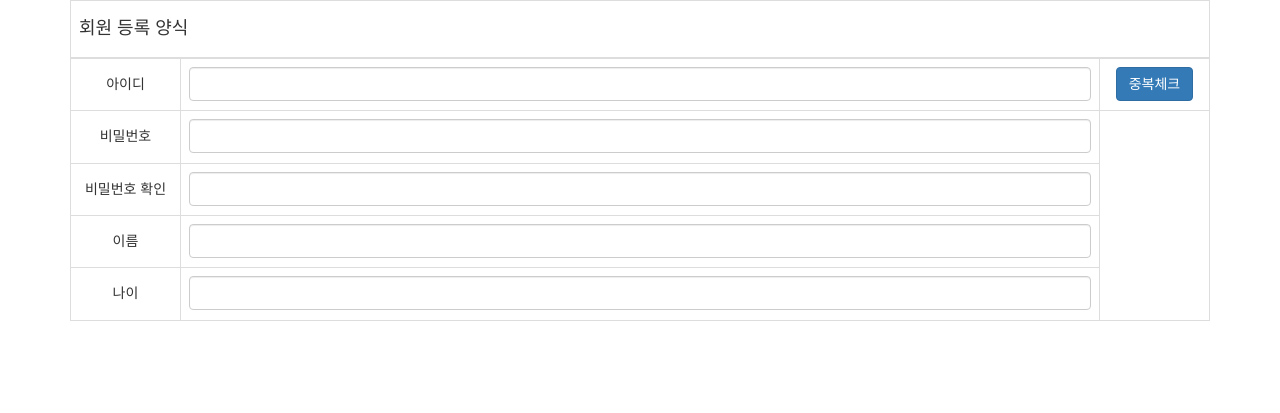
Repository: LJzero-dev/java-study
Page: http://localhost/test/
These files come from the project's save history. The page is drawn as it stood at one moment and after the next save; the edit follows.
The browser window is 1280 px wide. The pictures show the whole page.
The page is served by Tomcat 9. Other server files are loaded and not shown.

Above is the page before, as saved 2023-06-07 11:14:42.

### web/test/WebContent/index.jsp
<%@ page language="java" contentType="text/html; charset=UTF-8" pageEncoding="UTF-8"%>
<!DOCTYPE html PUBLIC "-//W3C//DTD HTML 4.01 Transitional//EN" "http://www.w3.org/TR/html4/loose.dtd">
<html>
<head>
	<meta http-equiv="Content-Type" content="text/html; charset=UTF-8">
	<meta name="viewport" content="width=device-width, initial-scale=1">
	<link rel="stylesheet" href="css/bootstrap.css">
	<link rel="stylesheet" href="css/custom.css">
<title>Insert title here</title>
<script src="https://code.jquery.com/jquery-3.7.0.min.js" integrity="sha256-2Pmvv0kuTBOenSvLm6bvfBSSHrUJ+3A7x6P5Ebd07/g=" crossorigin="anonymous"></script>
<script src="js/bootstrap.js"></script>
</head>
<body>
	<div class="container">
		<form method="post" action="./userRegister">
			<table class = "table table-bordered table-hover" style="text-align:center; border:1px solid #dddddd">
				<thead>
					<tr>
						<th colspan="3"><h4>회원 등록 양식</h4></th>
					</tr>
				</thead>
				<tbody>
					<tr>
						<td style="width: 110px;"><h5>아이디</h5></td>
						<td><input class="form-control" type="text" id="userID" name="userID" maxlength="20"></td>
						<td style="width: 110px;" ><button class="btn btn-primary" onclick="registerCheckFunction();" type="button">중복체크</button></td>
					</tr>
					<tr>
						<td style="width: 110px;"><h5>비밀번호</h5></td>
						<td><input class="form-control" type="password" id="userPassword1" name="userPassWord1" maxlength="20" ></td>
					</tr>
					<tr>
						<td style="width: 110px;"><h5>비밀번호 확인</h5></td>
						<td><input class="form-control" type="password" id="userPassword2" name="userPassWord2" maxlength="20" ></td>
					</tr>
					<tr>
						<td style="width: 110px;"><h5>이름</h5></td>
						<td><input class="form-control" type="text" id="userName" name="userName" maxlength="20"></td>
					</tr>
					<tr>
						<td style="width: 110px;"><h5>나이</h5></td>
						<td><input class="form-control" type="text" id="userAge" name="userAge" maxlength="20"></td>
					</tr>
				</tbody>
			</table>
		</form>
	</div>
</body>
</html>

Loaded but not shown: web/test/WebContent/css/bootstrap.css (library); web/test/WebContent/css/custom.css (common file); web/test/WebContent/js/bootstrap.js (library)

After the next save:
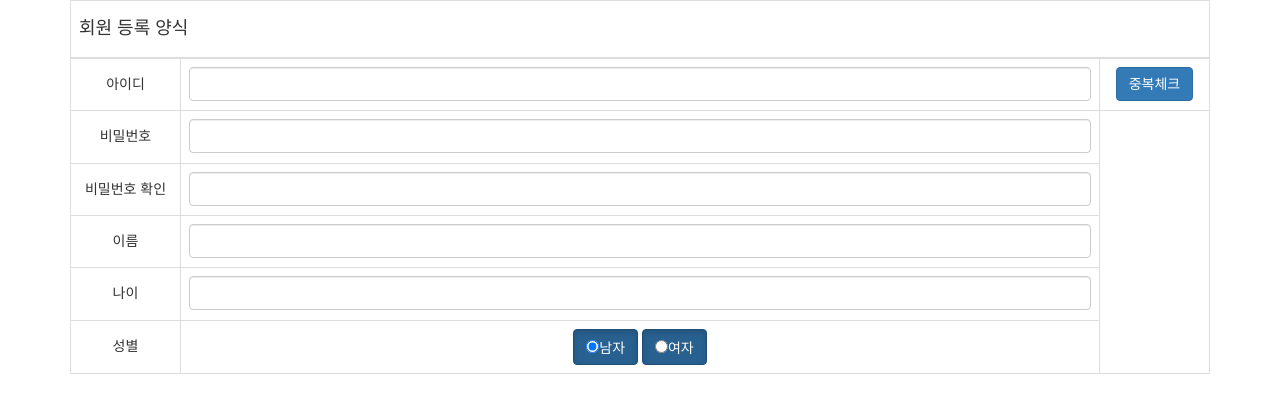
Saved 3 min 12 s later.
--- a/web/test/WebContent/index.jsp
+++ b/web/test/WebContent/index.jsp
@@ -41,6 +41,19 @@
 						<td style="width: 110px;"><h5>나이</h5></td>
 						<td><input class="form-control" type="text" id="userAge" name="userAge" maxlength="20"></td>
 					</tr>
+					<tr>
+						<td style="width: 110px;"><h5>성별</h5></td>
+						<td colspak="2">
+							<div class="form-group" style="text-align:center; margin: 0 auto;">
+								<label class="btn btn-primary active">
+									<input type="radio" name="userGender" autocomplete="off" value="남자" checked>남자
+								</label>
+								<label class="btn btn-primary active">
+									<input type="radio" name="userGender" autocomplete="off" value="여자" >여자
+								</label>
+							</div>
+						</td>
+					</tr>
 				</tbody>
 			</table>
 		</form>
